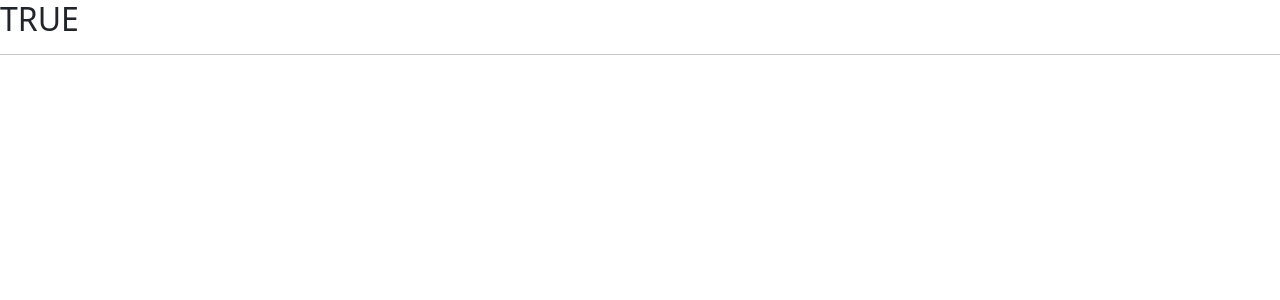
Repository: yeobleeme/06_jsp_basic
Page: http://localhost/jsp01_basic/jsp11_jstl/jsp01_jstl.jsp
The author's editor kept a copy of each file at every save. The page is drawn from the files as they stood at one save, then again after the next save.
The browser window is 1280 px wide. The pictures show the whole page.
The page is served by Tomcat 9.

Above is the page before, as saved 2023-05-15 01:38:14.

After the next save:
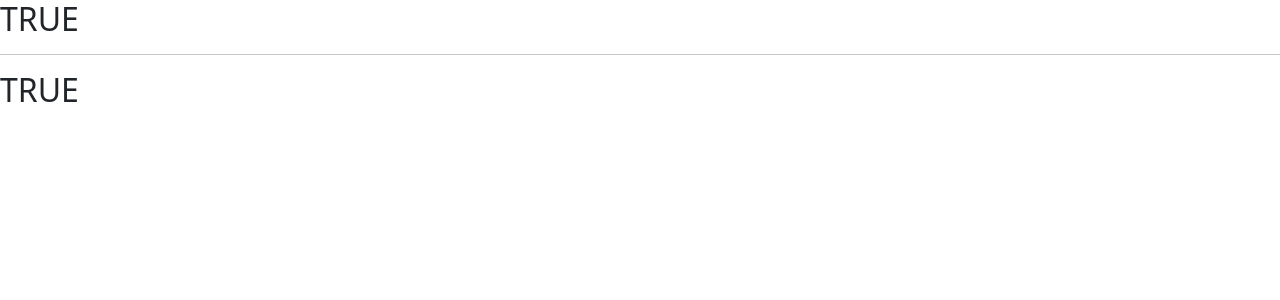
Saved 9 s later.
--- a/jsp01_basic/WebContent/jsp11_jstl/jsp01_jstl.jsp
+++ b/jsp01_basic/WebContent/jsp11_jstl/jsp01_jstl.jsp
@@ -126,6 +126,8 @@
 	%>
 	<hr />
 
-	<c:if test="true"></c:if>
+	<c:if test="true">
+	<h2>${"TRUE"}</h2>
+	</c:if>
 </body>
 </html>
